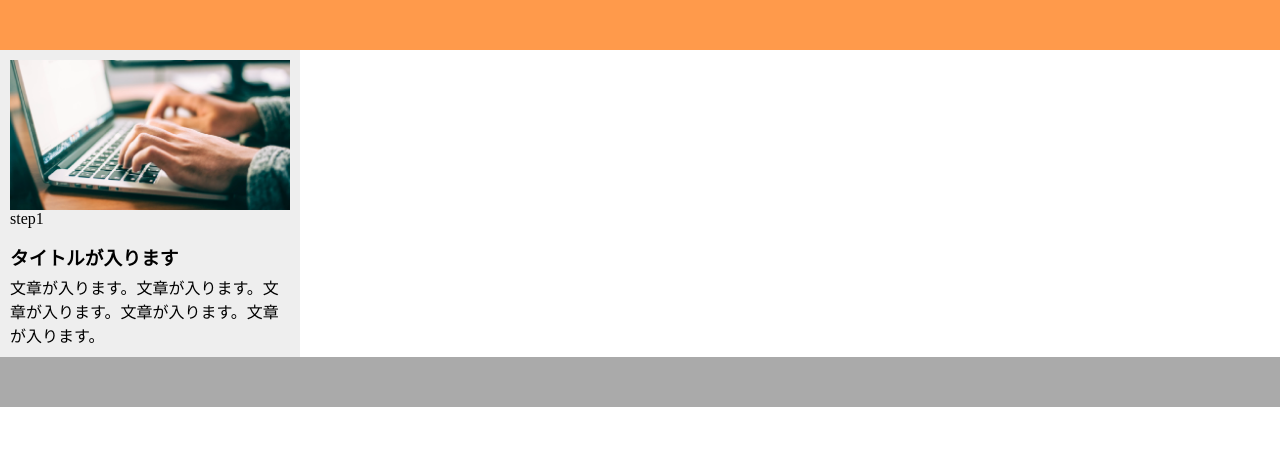
Repository: trmtmy/debug2
Page: chapter9/chapter9.html
The author's editor kept a record of every edit. The page is drawn from the files as they stood at one moment, then again after the next edit.
The browser window is 1280 px wide. The pictures show the whole page.
Some web libraries are served in a nearby version.

Above is the page before.

### chapter9/chapter9.html
<!DOCTYPE html>
<html lang="ja">
  <head>
    <meta charset="UTF-8" />
    <!-- FontAwesomeの読み込み -->
    <script src="https://kit.fontawesome.com/0393e2e04e.js" crossorigin="anonymous"></script>
    <!-- CSSファイルの読み込み -->
    <link rel="stylesheet" href="chapter9.css" />
    <title>9章</title>
  </head>

  <body>

<header>
  <div class="header"></div>
</header>

<div class="main">
  <div class="box">
    <div class="img1"></div>
    <span class="step1">step1</span>
    <h3 class="title">タイトルが入ります</h3>
    <p class="text">文章が入ります。文章が入ります。文章が入ります。文章が入ります。文章が入ります。</p>
  </div>

  <div class="box2">

  </div>

  <div class="box3">

  </div>

</main>

<footer>
  <div class="footer">

  </div>
</footer>

  </body>
</html>

<a href="mailto:"></a>

### chapter9/chapter9.css
*{
  margin: 0;
  padding:  0;
  box-sizing: border-box;
}

header {
  background-color: #FF9A4B;
  height: 50px;
}

main {
width: 960px;
margin: 50px auto;
display: flex;
}

.box {
  width: 300px;
  margin-right: 30px;
  padding: 10px;
  position: relative;
  background-color: #EEEEEE;
}

.box:last-child {
  margin-right: 0;
}



.img1 {
  height: 150px;
  background-image: url(flow01.png);
  background-size: cover;
  background-position: bottom;
}


.img2 {
  height: 150px;
  background-image: url(flow02.png);
  background-size: cover;
  background-position: bottom;
}

.img3 {
  height: 150px;
  background-image: url(flow03.png);
  background-size: cover;
  background-position: bottom;
}

.step {
  position: absolute;
  top: 0;
  left: 0;
  background-color: #ff9a4b;
  color: #fff;
}

.title {
  margin: 15px 0 5px;
}

.footer {
  background-color: #AAAAAA;
  height: 50px;
}

@media screen and (max-width: 768px) {

  header {
    width: 100%;
  }

  main {
    width: 100%;
  display: block;
  margintop: 50px;

  }

  .box {
    width: 90%;
    margin: 0 auto;

  }

  .img1 {
    width:100%;
    height: 150px;

  }
  .img2 {
    width: 100%;
    height:150px;

  }
  .img3 {
    width: 100%;
    height: 150px;

  }

  .title {
    width: 100%;
  }

  footer {
    width: 100%;
  }
}

After the next edit:
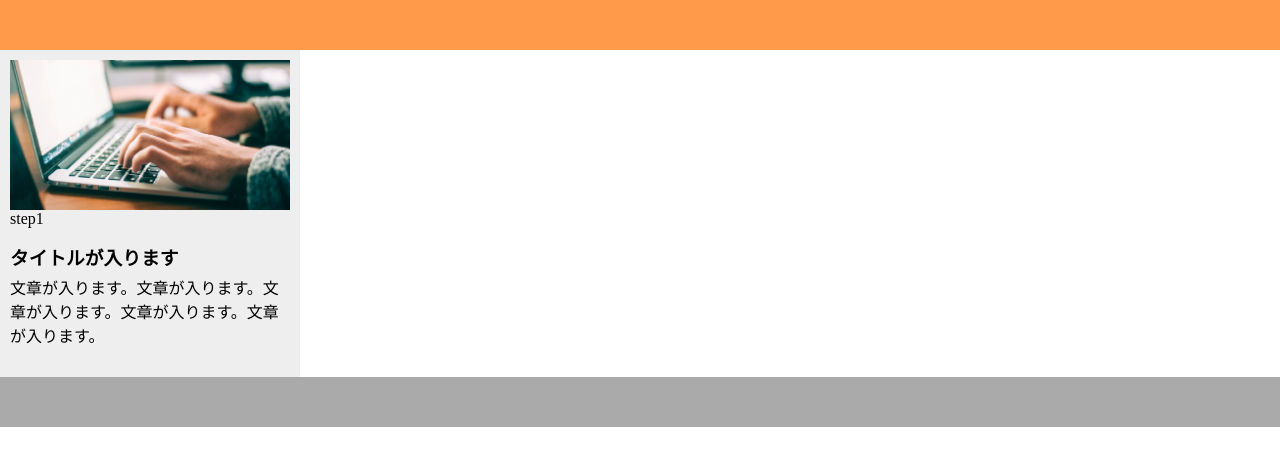
The edit:
--- a/chapter9/chapter9.html
+++ b/chapter9/chapter9.html
@@ -23,7 +23,7 @@
     <p class="text">文章が入ります。文章が入ります。文章が入ります。文章が入ります。文章が入ります。</p>
   </div>
 
-  <div class="box2">
+  <div class="box">
 
   </div>
 
